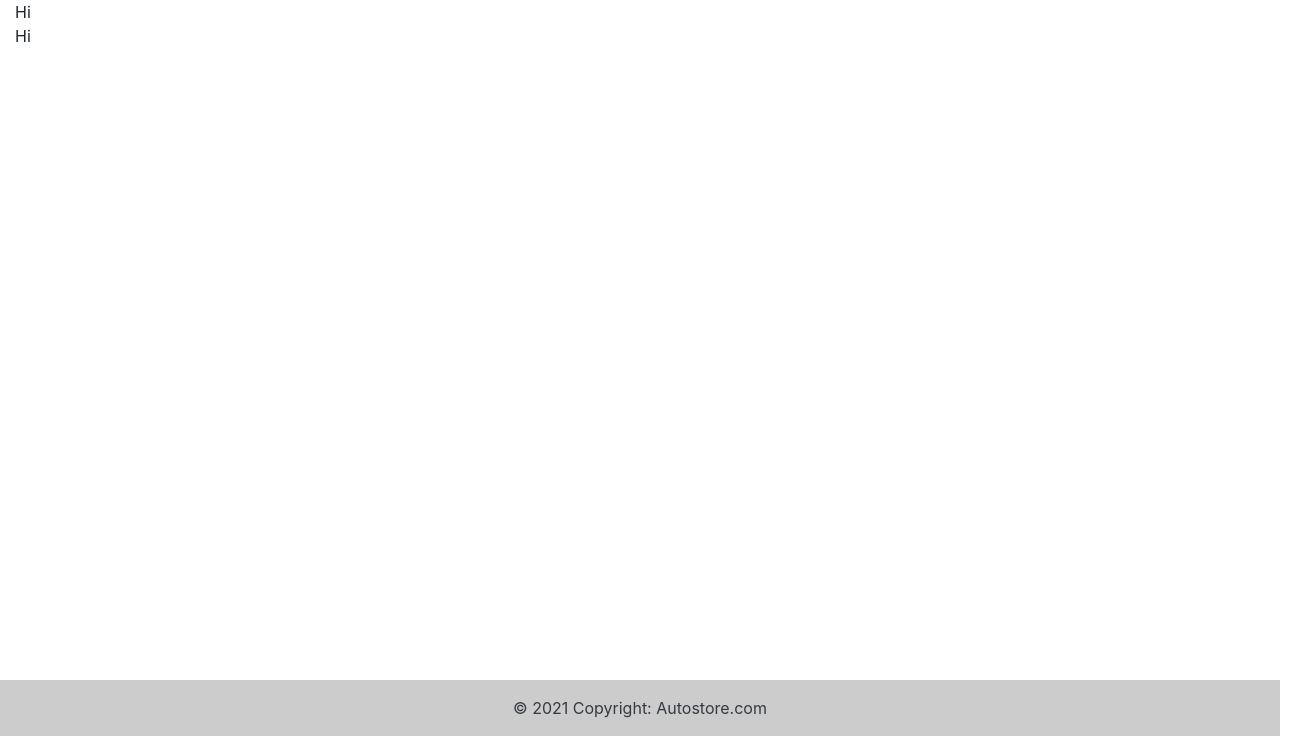
Repository: pravinsakthivel/ecommerce
Page: /checkout
An editor plug-in stored every save of this project. The page is shown before and after the next save, followed by the edit.
The browser window is 1280 px wide. The page is 1295 px wide, so the pictures cover 1295 px, including what lies to the right of the window. The pictures show the whole page.
The project was rebuilt for these pictures with package versions that can differ from the ones it lists, and the page was loaded fresh each time. Also part of the build but not shown: src/components/UI/BaseButton.vue, src/components/ProductItem.vue, src/components/UI/ShoppingCartIcon.vue, src/components/UI/NavigationBar.vue, src/components/UI/SearchBar.vue, src/components/ProductDescriptionModal.vue, src/components/ProductList.vue, src/components/CartList.vue and 5 more.

Above is the page before, as saved 2021-04-10 22:25:56.

### public/index.html
<!DOCTYPE html>
<html lang="">
  <head>
    <meta charset="utf-8" />
    <meta http-equiv="X-UA-Compatible" content="IE=edge" />
    <meta name="viewport" content="width=device-width,initial-scale=1.0" />
    <link rel="icon" href="<%= BASE_URL %>favicon.ico" />
    <link
      href="https://fonts.googleapis.com/css?family=Nunito+Sans:400,400i,700,900&display=swap"
      rel="stylesheet"
    />
    <title><%= htmlWebpackPlugin.options.title %></title>
  </head>
  <style>
    #page-container {
      position: relative;
      min-height: 100vh;
    }

    #content-wrap {
      padding-bottom: 2.5rem; /* Footer height */
    }

    #footer {
      position: absolute;
      bottom: 0;
      width: 100%;
      height: 2.5rem; /* Footer height */
    }
  </style>
  <body>
    <noscript>
      <strong
        >We're sorry but <%= htmlWebpackPlugin.options.title %> doesn't work
        properly without JavaScript enabled. Please enable it to
        continue.</strong
      >
    </noscript>
    <div id="page-container">
      <div id="content-wrap">
        <div id="app"></div>
      </div>
      <footer id="footer">
        <div class="text-center text-dark p-3 footer" style="background-color: rgba(0, 0, 0, 0.2);">
          © 2021 Copyright:
          <a class="text-dark" href="#">Autostore.com</a>
        </div>
      </footer>
    </div>
    <!-- built files will be auto injected -->
  </body>
</html>

### src/main.js
import { createApp } from 'vue';
import App from './App.vue';
import router from './router.js';
import store from './store.js';
import 'bootstrap';
import 'font-awesome/css/font-awesome.min.css';
import 'bootstrap/dist/css/bootstrap.min.css';
import BaseButton from "./components/UI/BaseButton.vue";
import BaseBadge from './components/UI/BaseBadge.vue';
import TheJumbotrom from './components/UI/TheJumbotron.vue';
import BaseModal from './components/UI/BaseModal.vue';



const app = createApp(App);
app.use(router);
app.use(store);
app.component('base-button',BaseButton);
app.component('base-badge',BaseBadge);
app.component('the-jumbotron',TheJumbotrom);
app.component('base-modal',BaseModal);
app.mount('#app');

### src/App.vue
<template>
 <router-view></router-view>

</template>

<script>

export default {
  name: 'App',
}
</script>

<style >

</style>

### src/router.js
import { createRouter, createWebHistory } from "vue-router";
import ProductList from "./components/ProductList.vue";
import CartList from "./components/CartList.vue";
import OrderSuccessPage from "./components/UI/OrderSuccess.vue";
import LoginPage from "./components/UI/LoginPage.vue";
import CheckoutPage from "./components/CheckoutPage.vue";

const router = createRouter({
  history: createWebHistory(),
  routes: [
    {
      path: "/",
      redirect: "/login",
    },
    {
      path: "/cartIems",
      component: CartList,
    },
    {
      path: "/products",
      component: ProductList,
    },
    {
      path: "/orderSuccessPage",
      component: OrderSuccessPage,
    },
    {
      path: "/login",
      component: LoginPage,
    },
    {
      path:"/checkout",
      component:CheckoutPage
    }
  ],
});

export default router;

### src/store.js
import {createStore} from 'vuex';
import productModule from './store/products/index.js'

const store = createStore({
   modules:{
        products:productModule
   }
});

export default store;

### src/components/CheckoutPage.vue
<template>
  <div class="row">
    <div class="col-md-12">
      <div class="col-md-6">Hi</div>
      <div class="col-md-12">Hi</div>
    </div>
  </div>
</template>
<script>
//import PaymentDetails from "./PaymentDetails.vue";

export default {
  components: {
    // PaymentDetails,
  },
};
</script>

### src/store/products/index.js
import actions from './actions.js';
import getters from './getters.js';
import mutations from './mutations.js';

export default{
    namespaced:true,
    state(){
        return{
            products: [],
            cartItems: [],
            productsIdsInCart:[],
            searchedItems:[],
            lastUpdated:null,
            loggedInUser :''
        }
    },
    actions,
    getters,
    mutations
}

### src/store/products/actions.js
export default {
  async loadProducts(context,forceRefresh) {
    console.log(context.getters.shouldRefresh , forceRefresh);
    if(!context.getters.shouldRefresh && !forceRefresh){
      console.log("sending cache data");
      return;
    }
    console.log("sending fetched data");
    let url = `https://products-data-b01f9-default-rtdb.firebaseio.com/products/-MXaxOFKGRgCKs_OkzrR.json`;
    let response = await fetch(url);
    let responseData = await response.json();
    context.commit("setProducts", responseData);
    context.commit("setTimeStamp");
  },
  setProducts(context, payload) {
    context.commit("setProducts", payload);
  },
  addProductItemToCart(context, product) {
    let cartItems = [...context.getters.getCartItems, product];
    context.dispatch("addProductIdInCart", product.productId);
    context.commit("setCartItems", cartItems);
  },
  addProductIdInCart(context, data) {
    let productIdsInCart = [...context.getters.getproductIdsIncart, data];
    context.commit("setProductIdsInCart", productIdsInCart);
  },
  setCartItems(context, data) {
    context.commit("setCartItems", data);
  },
  removeCartItem(context, productId) {
    let cartItems = context.getters.getCartItems;
    let filteredItems = cartItems.filter((item) => {
      return item.productId != productId;
    });
    context.dispatch("removeProductIdInCart", productId);
    context.commit("setCartItems", filteredItems);
  },
  removeProductIdInCart(context, productId) {
    let productIdsInCart = context.getters.getproductIdsIncart;
    const index = productIdsInCart.indexOf(productId);
    if (index > -1) {
      productIdsInCart.splice(index, 1);
    }
    context.commit("setProductIdsInCart", productIdsInCart);
  },
  setSearchedItems(context, payload) {
    context.commit("setSearchedItems", payload);
  },
  setUser(context,userName){
    context.commit("setUser",userName);
  },
  resetProductIdsInCart(context){
    context.commit("setProductIdsInCart",[])
  }
};

### src/store/products/getters.js
export default {
  getProducts(state) {
    return state.products;
  },
  getCartItems(state) {
    return state.cartItems;
  },
  getproductIdsIncart(state) {
    return state.productsIdsInCart;
  },
  shouldRefresh(state) {
    let lastUpdate = state.lastUpdated;
    if (!lastUpdate) {
      return true;
    }
    const currentTimeStamp = new Date().getTime();
    return (currentTimeStamp - lastUpdate) / 1000 > 60;
  },
  getSearchItems(state){
      return state.searchedItems;
  },
  getLoggedInUser(state){
    return state.loggedInUser;
  }
};

### src/store/products/mutations.js
export default {
  setCartItems(state, payload) {
    state.cartItems = payload;
  },
  setProducts(state, payload) {
    state.products = payload;
  },
  setProductIdsInCart(state, payload) {
    state.productsIdsInCart = payload;
  },
  setTimeStamp(state) {
    state.lastUpdated = new Date().getTime();
  },
  setSearchedItems(state, payload) {
    state.searchedItems = payload;
  },
  setUser(state, userName) {
    state.loggedInUser = userName;
  },
};

After the next save:
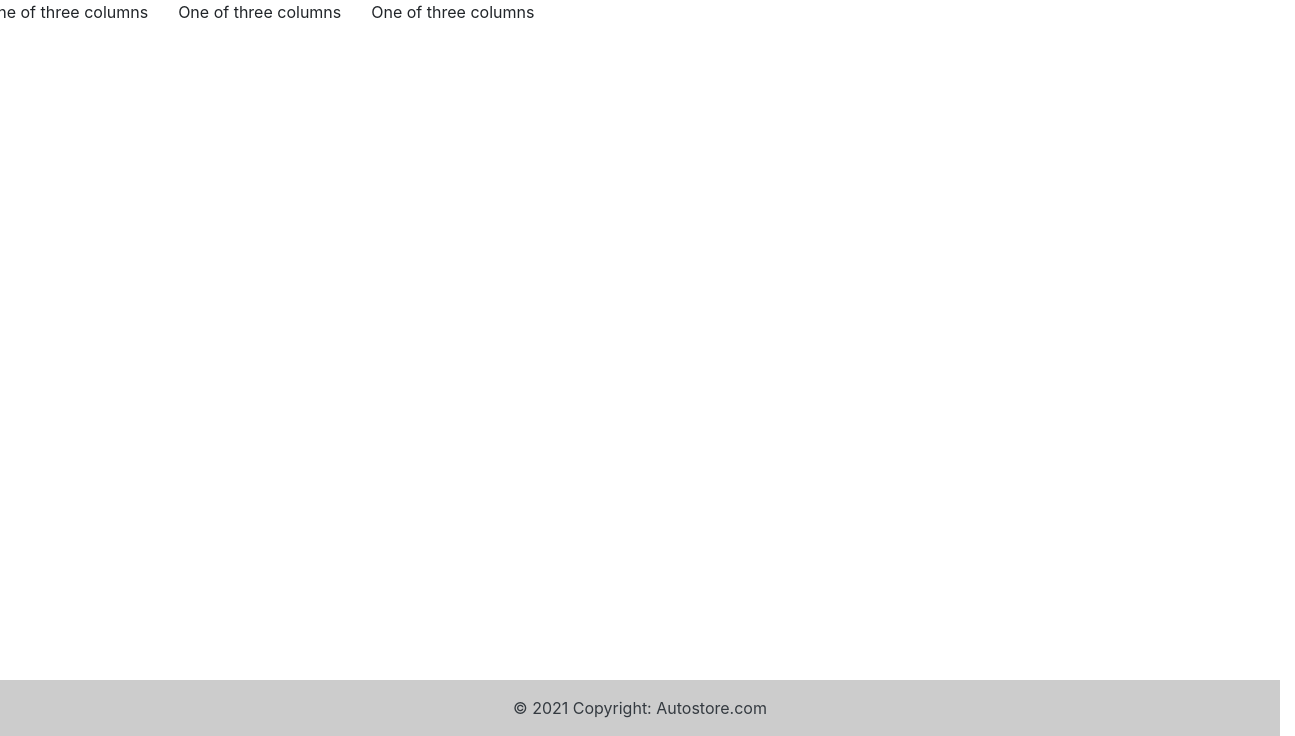
Saved 42 s later.
--- a/src/components/CheckoutPage.vue
+++ b/src/components/CheckoutPage.vue
@@ -1,9 +1,16 @@
 <template>
   <div class="row">
-    <div class="col-md-12">
-      <div class="col-md-6">Hi</div>
-      <div class="col-md-12">Hi</div>
+   <div class="row">
+    <div class="col-sm">
+      One of three columns
     </div>
+    <div class="col-sm">
+      One of three columns
+    </div>
+    <div class="col-sm">
+      One of three columns
+    </div>
+  </div>
   </div>
 </template>
 <script>
